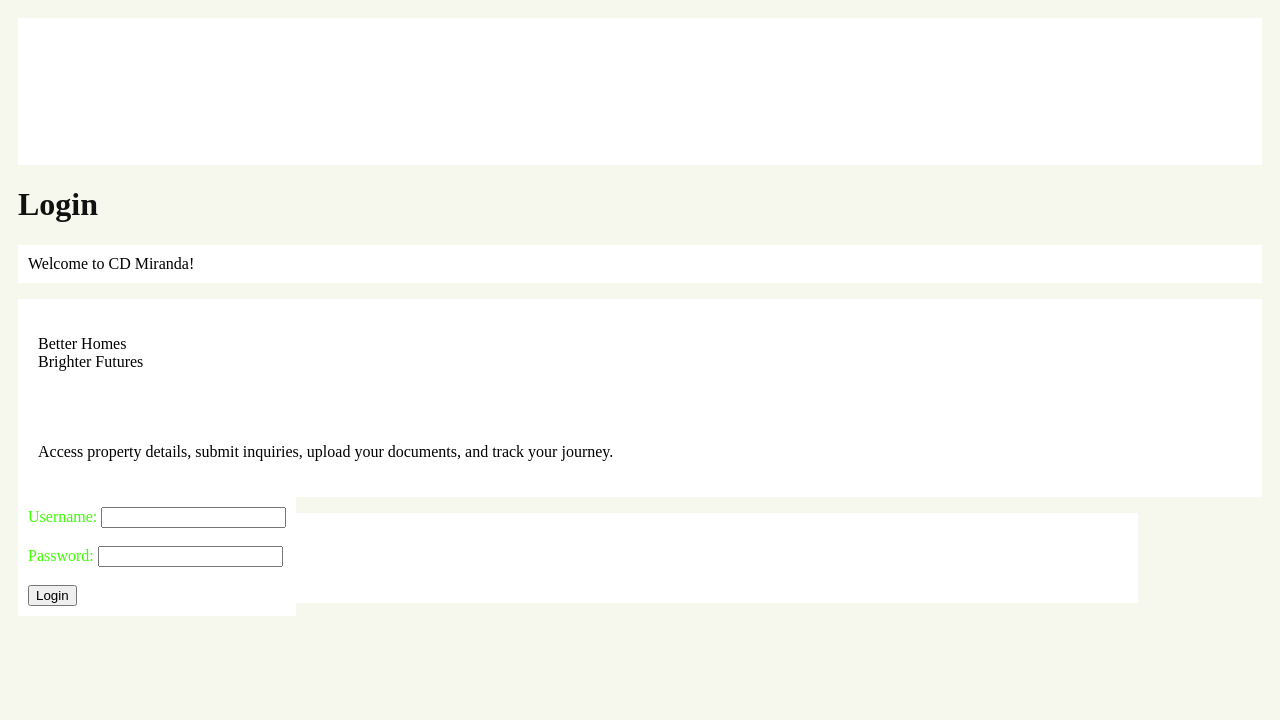
Repository: Gianeuz/CD-Miranda
Page: login/login.html
An editor plug-in stored every save of this project. The page is shown before and after a run of saves, followed by the edit.
The browser window is 1280 px wide. The pictures show the whole page.

Above is the page before, as saved 2026-09-25 00:08:58.

After the next 5 saves:
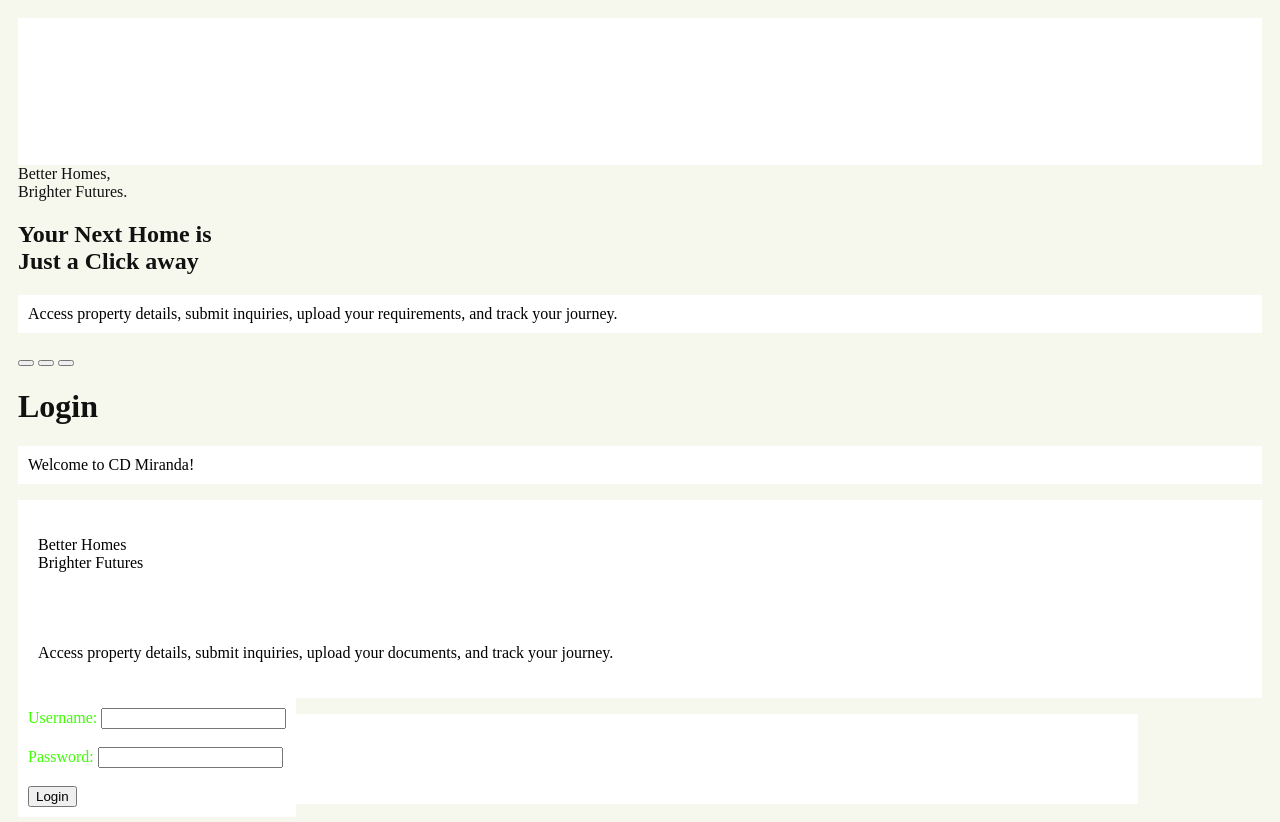
The 5 saves are shown as one change because they came seconds apart.
The last was saved 5 min 52 s later.
--- a/login/login.html
+++ b/login/login.html
@@ -13,6 +13,22 @@
         <h1>Urban Scope</h1>
         <h2>CD Miranda Realty</h2>
     </div>
+
+    <div class="cursive-tagline">
+        Better Homes,<br>Brighter Futures.
+      </div>
+
+      <!-- Bottom Headline and Interactive Carousel Dots -->
+      <div class="showcase-caption">
+        <h2 id="slideTitle">Your Next Home is<br>Just a Click away</h2>
+        <p id="slideDesc">Access property details, submit inquiries, upload your requirements, and track your journey.</p>
+
+        <div class="dots-container">
+          <button class="dot active" onclick="setSlide(0)" aria-label="Slide 1"></button>
+          <button class="dot" onclick="setSlide(1)" aria-label="Slide 2"></button>
+          <button class="dot" onclick="setSlide(2)" aria-label="Slide 3"></button>
+        </div>
+
 <div class="welcome">
     <h1>Login</h1>
     <p>Welcome to CD Miranda!</p>
